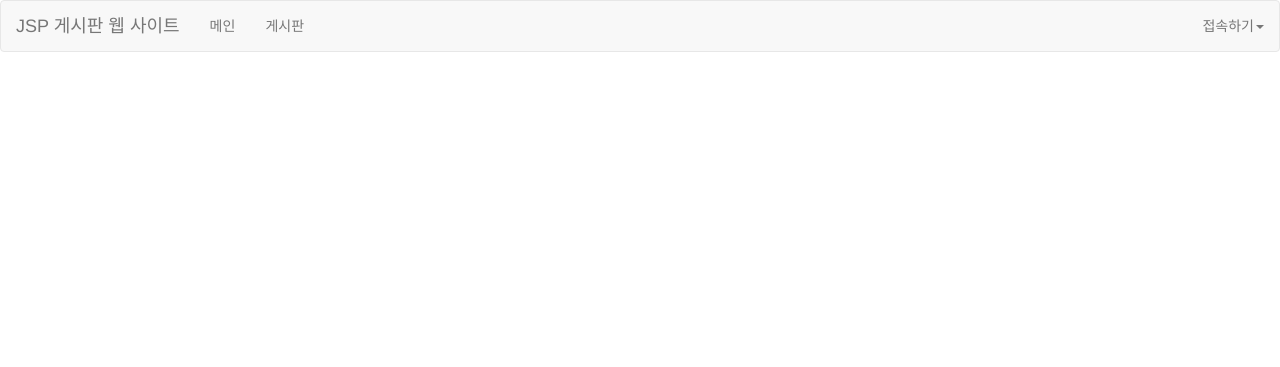
Repository: qqqkjh/JSP
Page: http://localhost/BBS/join.jsp
The author's editor kept a copy of each file at every save. The page is drawn from the files as they stood at one save, then again after the next save.
The browser window is 1280 px wide. The pictures show the whole page.
Some web libraries are served in a nearby version. The page is served by Tomcat 9. Other server files are loaded and not shown.

Above is the page before, as saved 2020-01-08 09:09:04.

### projects/BBS/WebContent/join.jsp
<%@ page language="java" contentType="text/html; charset=UTF-8"
    pageEncoding="UTF-8"%>
<!DOCTYPE html>
<html>
<head>
<meta charset="UTF-8">
<mate name = 'viewprot' content ="width=device=width", initial-scale="1">
<link rel = "stylesheet" href="css/bootstrap.css">
<title>JSP 웹사이트</title>
</head>
<body>
	<nav class="navbar navbar-default">
		<div class="navbar-header">
			<button type="button" class="navbar-toggle collapsed"
			data-toggle="collapse" data-target="#bs-example-navbar-collapse-1"
			aria-expanded="false">
			<span class="icon-bar"></span> <!-- 네이게이션옆의 네모난버튼의 줄을의미 이경우 3줄-->
			<span class="icon-bar"></span>
			<span class="icon-bar"></span>
			</button>
			<a class="navbar-brand" href="main.jsp">JSP 게시판 웹 사이트</a>
		</div>
		<div class= "collapse navbar-collapse" id ="bs-example-navbar-collapse-1">
			<ul class="nav navbar-nav">
				<li><a href="main.jsp">메인</a></li>
				<li><a href="bbs.jsp">게시판</a></li>
			</ul>
			<ul class ="nav navbar-nav navbar-right">
				<li class="dropdown">
				<a href="#" class ="dropdown=toggle"
				data-toggle="dropdown" role="button" aria-haspopup="true"
				aria-expanded="false">접속하기<span class="caret"></span></a>
				<ul class = "dropdown-menu">
					<li class="active"><a href="login.jsp">로그인</a></li>
					<li><a href="join.jsp">회원가입</a></li>
				</ul>
				</li>
			</ul>
		</div>
	</nav>
	<script src = "https://code.jquery.com/jquery-3.1.1.min.js"></script>
	<script src = "js/bootstrap.js"></script>
</body>
</html>

Loaded but not shown: projects/BBS/WebContent/css/bootstrap.css (library); projects/BBS/WebContent/js/bootstrap.js (library)

After the next save:
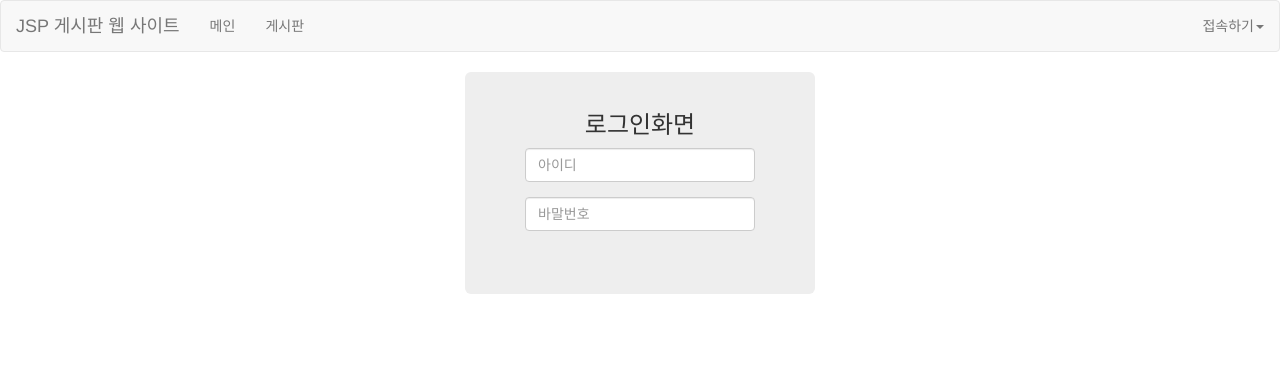
Saved 11 min 11 s later.
--- a/projects/BBS/WebContent/join.jsp
+++ b/projects/BBS/WebContent/join.jsp
@@ -38,6 +38,24 @@
 			</ul>
 		</div>
 	</nav>
+	<div class="container">
+		<div class="col-lg-4"></div>
+		<div class="col-lg-4">
+			<div class="jumbotron" style="padding-top: 20px;">
+				<form method="post" action="LoginAction.jsp">
+					<h3 style="text-align: center;">로그인화면</h3>
+					<div class="form-group">
+						<input type="text" class="form-control" placeholder="아이디" name="userID" maxlength="20">
+					</div>
+					<div class="form-group">
+						<input type="text" class="form-control" placeholder="바말번호" name="userPassword" maxlength="20">
+					</div>
+
+
+				</form>
+			</div>
+		</div>
+	</div>
 	<script src = "https://code.jquery.com/jquery-3.1.1.min.js"></script>
 	<script src = "js/bootstrap.js"></script>
 </body>

After the save that followed:
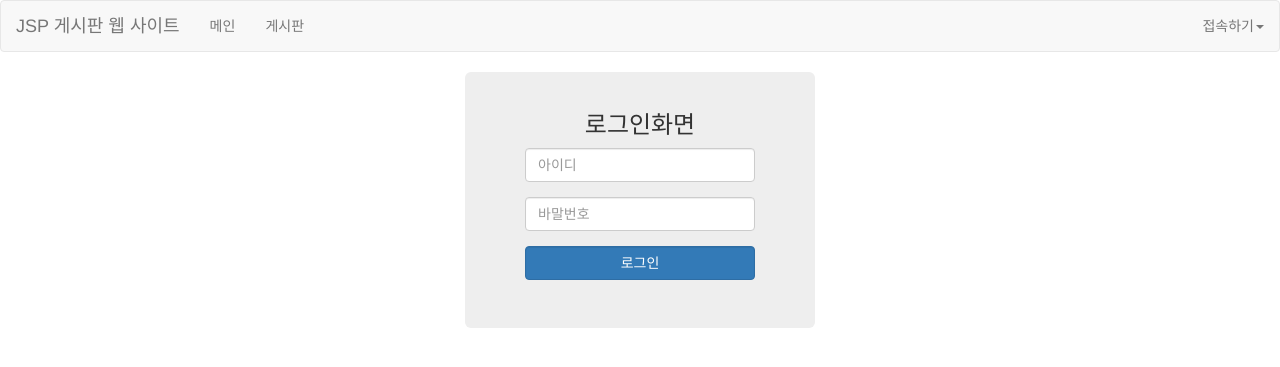
Saved 65 s later.
--- a/projects/BBS/WebContent/join.jsp
+++ b/projects/BBS/WebContent/join.jsp
@@ -50,8 +50,7 @@
 					<div class="form-group">
 						<input type="text" class="form-control" placeholder="바말번호" name="userPassword" maxlength="20">
 					</div>
-
-
+					<input type="submit" class="btn btn-primary form-control" value="로그인">
 				</form>
 			</div>
 		</div>
